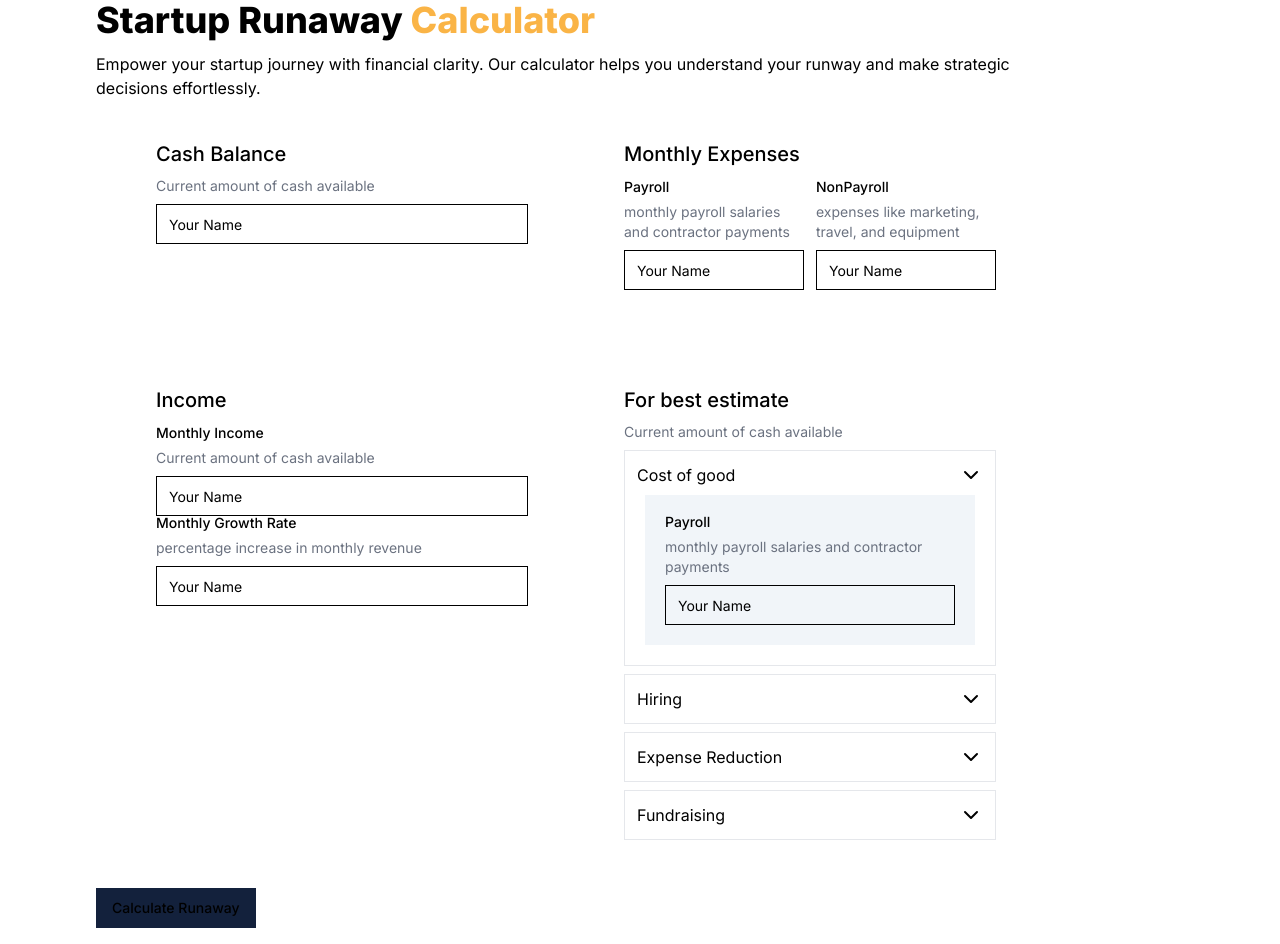
Repository: wossenF/startup-runaway-calculator
Page: /
These files come from the project's save history. The page is drawn as it stood at one moment and after a run of saves; the edit follows.
The browser window is 1280 px wide. The pictures show the whole page.
The project was rebuilt for these pictures with package versions that can differ from the ones it lists, and the page was loaded fresh each time. The framework's server and built-in components were replaced by stand-ins that run in the browser. Also part of the build but not shown: next.config.mjs.

Above is the page before, as saved 2024-04-08 14:05:26.

### src/app/page.tsx
import UserInput from "../components/UserInput";
import {Button} from '../components/ui/button'
export default function Home() {
  return (
    <main className="ml-24 w-3/4 mx-auto">
      <h1 className="font-extrabold text-4xl">Startup Runaway <span className="text-[#FAB446]">Calculator</span></h1>
      <p className="mx-auto max-w-screen-md lg:max-w-screen-lg xl:max-w-screen-xl p-3 pl-0">Empower your startup journey with financial clarity. Our calculator  helps you understand your runway and make strategic decisions  effortlessly.</p>
      <UserInput/>
      <Button className="mb-4">Calculate Runaway</Button>
    </main>
  );
}

### src/components/UserInput.tsx
"use client";
import { Input } from "./ui/input";
import { Label } from "./ui/label";
import { ChevronDown } from "lucide-react";
import {Button} from "./ui/button"
const UserInput = () => {
  return (
    <>
    <div className="container grid grid-cols-1 lg:grid-cols-2 gap-10 pb-5">
      <div className="bg-secondary/50 rounded-lg p-7  ">
        <form className="grid gap-2">
          <Label className="font-medium text-xl">Cash Balance</Label>
          <p className="text-gray-500 text-sm ">
            Current amount of cash available
          </p>
          <Input name="name" placeholder="Your Name" />
        </form>
      </div>

      <div className=" bg-secondary/50 rounded-lg p-7  grid gap-2">
        <Label className="font-medium text-xl">Monthly Expenses</Label>
        <div className="grid grid-cols-2 gap-3 pt-1">
          <div>
            <form className="grid gap-2">
              <Label className="">Payroll</Label>
              <p className="text-gray-500 text-sm ">
                monthly payroll salaries and contractor payments
              </p>
              <Input name="name" placeholder="Your Name" />
            </form>
          </div>
          <div>
            <form className="grid gap-2">
              <Label className="">NonPayroll</Label>
              <p className="text-gray-500 text-sm ">
                expenses like marketing, travel, and equipment
              </p>
              <Input name="name" placeholder="Your Name" />
            </form>
          </div>
        </div>
      </div>

      <div className=" bg-secondary/50 rounded-lg p-7 ">
        <Label className="font-medium text-xl">Income</Label>
        <div className="">
            <form className="grid gap-2 pt-3">
              <Label className="">Monthly Income</Label>
              <p className="text-gray-500 text-sm ">
                Current amount of cash available
              </p>
              <Input name="name" placeholder="Your Name" />
            </form>
          <div>
            <form className="grid gap-2">
              <Label className="">Monthly Growth Rate</Label>
              <p className="text-gray-500 text-sm ">
                percentage increase in monthly revenue
              </p>
              <Input name="name" placeholder="Your Name" />
            </form>
          </div>
        </div>
      </div>

      <div className="bg-secondary/50 rounded-lg p-7  ">
        <form className="grid gap-2">
          <Label className="font-medium text-xl">For best estimate</Label>
          <p className="text-gray-500 text-sm ">
            Current amount of cash available
          </p>
          <div className="p-3 gap-20 border rounded-md  ">
            <div className="flex justify-between ">
              <p>Cost of good </p>
              <ChevronDown />
            </div>

            <div className=" p-5 bg-slate-100 m-2">
            <form className="grid gap-2">
              <Label className="">Payroll</Label>
              <p className="text-gray-500 text-sm ">
                monthly payroll salaries and contractor payments
              </p>
              <Input name="name" placeholder="Your Name" />
            </form>
          </div>
          </div>
          <div className="flex justify-between p-3 gap-20 border rounded-md  ">
            <p>Hiring</p>
            <ChevronDown />
          </div>
          <div className="flex justify-between p-3 gap-20 border rounded-md  ">
            <p>Expense Reduction</p>
            <ChevronDown />
          </div>
          <div className="flex justify-between p-3 gap-20 border rounded-md  ">
            <p>Fundraising</p>
            <ChevronDown />
          </div>
        </form>
      </div>
    </div>

    </>
  );
};

export default UserInput;

### src/components/ui/button.tsx
import * as React from "react"
import { Slot } from "@radix-ui/react-slot"
import { cva, type VariantProps } from "class-variance-authority"

import { cn } from "@/lib/utils"

const buttonVariants = cva(
  "inline-flex items-center justify-center whitespace-nowrap text-sm font-medium ring-offset-background transition-colors focus-visible:outline-none focus-visible:ring-2 focus-visible:ring-ring focus-visible:ring-offset-2 disabled:pointer-events-none disabled:opacity-50",
  {
    variants: {
      variant: {
        default: "bg-[#13213C] text-primary-foreground hover:bg-primary/90",
        destructive:
          "bg-destructive text-destructive-foreground hover:bg-destructive/90",
        outline:
          "border border-input bg-background hover:bg-accent hover:text-accent-foreground",
        secondary:
          "bg-secondary text-secondary-foreground hover:bg-secondary/80",
        ghost: "hover:bg-accent hover:text-accent-foreground",
        link: "text-primary underline-offset-4 hover:underline",
      },
      size: {
        default: "h-10 px-4 py-2",
        sm: "h-9 rounded-md px-3",
        lg: "h-11 rounded-md px-8",
        icon: "h-10 w-10",
      },
    },
    defaultVariants: {
      variant: "default",
      size: "default",
    },
  }
)

export interface ButtonProps
  extends React.ButtonHTMLAttributes<HTMLButtonElement>,
    VariantProps<typeof buttonVariants> {
  asChild?: boolean
}

const Button = React.forwardRef<HTMLButtonElement, ButtonProps>(
  ({ className, variant, size, asChild = false, ...props }, ref) => {
    const Comp = asChild ? Slot : "button"
    return (
      <Comp
        className={cn(buttonVariants({ variant, size, className }))}
        ref={ref}
        {...props}
      />
    )
  }
)
Button.displayName = "Button"

export { Button, buttonVariants }

### src/components/ui/input.tsx
import * as React from "react"

import { cn } from "@/lib/utils"

export interface InputProps
  extends React.InputHTMLAttributes<HTMLInputElement> {}

const Input = React.forwardRef<HTMLInputElement, InputProps>(
  ({ className, type, ...props }, ref) => {
    return (
      <input
        type={type}
        className={cn(
          "flex h-10 w-full rounded-md border border-input bg-background px-3 py-2 text-sm ring-offset-background file:border-0 file:bg-transparent file:text-sm file:font-medium placeholder:text-muted-foreground focus-visible:outline-none focus-visible:ring-2 focus-visible:ring-ring focus-visible:ring-offset-2 disabled:cursor-not-allowed disabled:opacity-50",
          className
        )}
        ref={ref}
        {...props}
      />
    )
  }
)
Input.displayName = "Input"

export { Input }

### src/components/ui/label.tsx
"use client"

import * as React from "react"
import * as LabelPrimitive from "@radix-ui/react-label"
import { cva, type VariantProps } from "class-variance-authority"

import { cn } from "@/lib/utils"

const labelVariants = cva(
  "text-sm font-medium leading-none peer-disabled:cursor-not-allowed peer-disabled:opacity-70"
)

const Label = React.forwardRef<
  React.ElementRef<typeof LabelPrimitive.Root>,
  React.ComponentPropsWithoutRef<typeof LabelPrimitive.Root> &
    VariantProps<typeof labelVariants>
>(({ className, ...props }, ref) => (
  <LabelPrimitive.Root
    ref={ref}
    className={cn(labelVariants(), className)}
    {...props}
  />
))
Label.displayName = LabelPrimitive.Root.displayName

export { Label }

Loaded but not shown: src/app/layout.tsx (common file); src/app/globals.css (common file); src/lib/utils.ts (common file); tailwind.config.ts (common file)

After the next 5 saves:
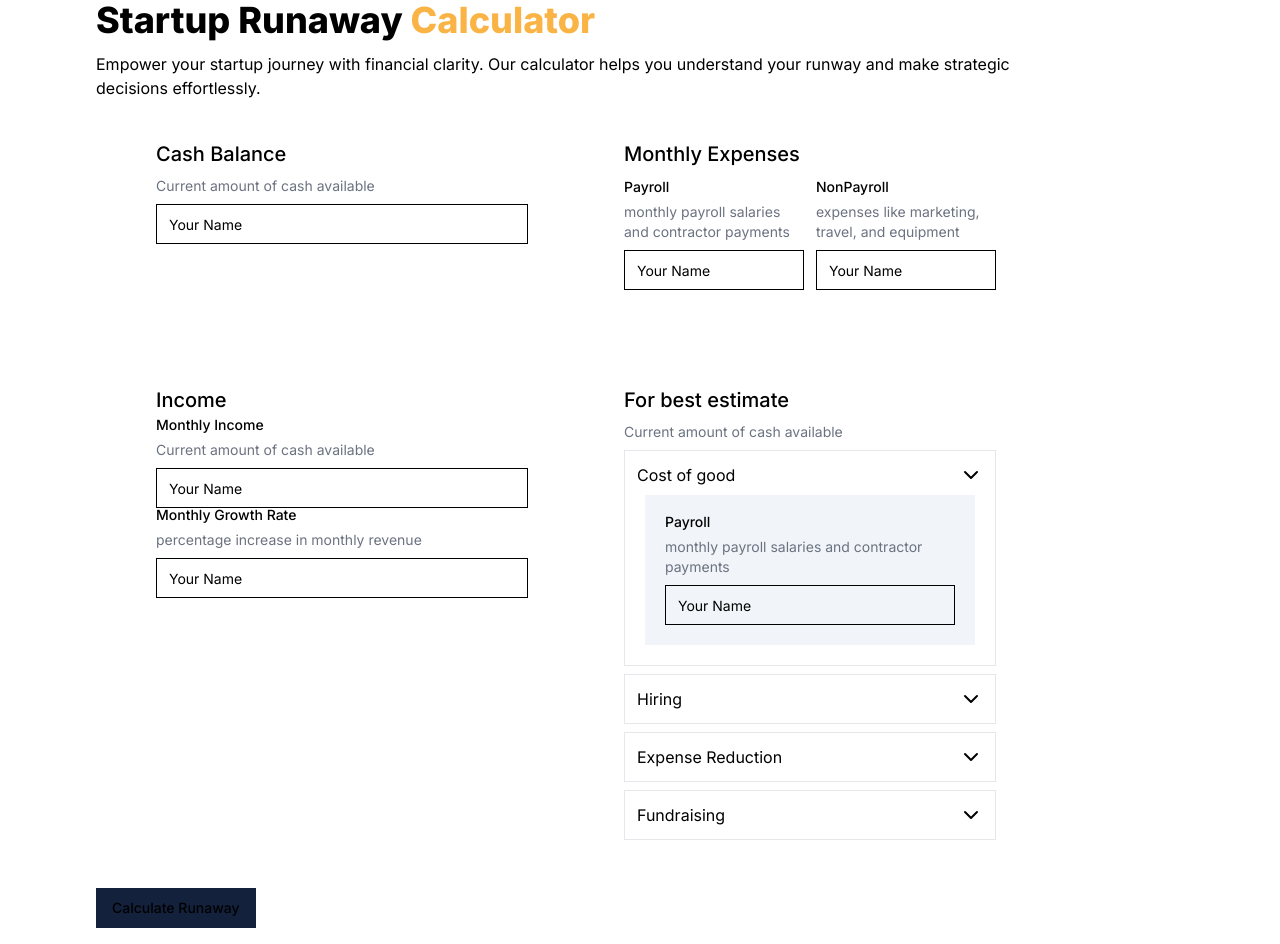
The 5 saves are shown as one change because 2 did not build or start and some came seconds apart.
The last was saved 53 s later.
--- a/src/components/UserInput.tsx
+++ b/src/components/UserInput.tsx
@@ -44,7 +44,7 @@ const UserInput = () => {
       <div className=" bg-secondary/50 rounded-lg p-7 ">
         <Label className="font-medium text-xl">Income</Label>
         <div className="">
-            <form className="grid gap-2 pt-3">
+            <form className="grid gap-2 pt-1">
               <Label className="">Monthly Income</Label>
               <p className="text-gray-500 text-sm ">
                 Current amount of cash available
